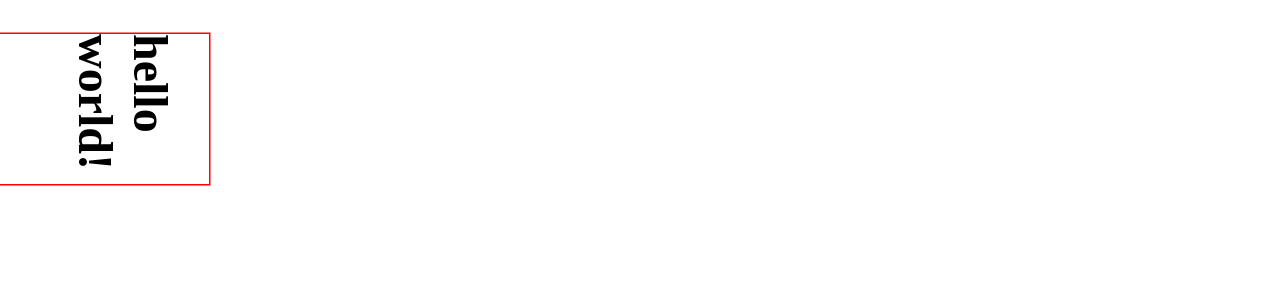
Repository: XiaoSheng-hub/vue_study
Page: css基础/Demo09.html
An editor plug-in stored every save of this project. The page is shown before and after a run of saves, followed by the edit.
The browser window is 1280 px wide. The pictures show the whole page.

Above is the page before, as saved 2022-03-29 13:55:38.

### css基础/Demo09.html
<!DOCTYPE html>
<html lang="en">
<head>
    <meta charset="UTF-8">
    <meta http-equiv="X-UA-Compatible" content="IE=edge">
    <meta name="viewport" content="width=device-width, initial-scale=1.0">
    <title>Demo09</title>
    <style>
        .box{
            width: 100px;
            height: 200px;
            border: 1px solid red;
            /* border-radius: 50px;
            box-shadow: 10px 50px 20px blue; */
            transform: rotate(90deg) scale(1.5);
        }
    </style>
</head>
<body>
    <div class="box">
        <h1>hello world!</h1>
    </div>
</body>
</html>

After the next 3 saves:
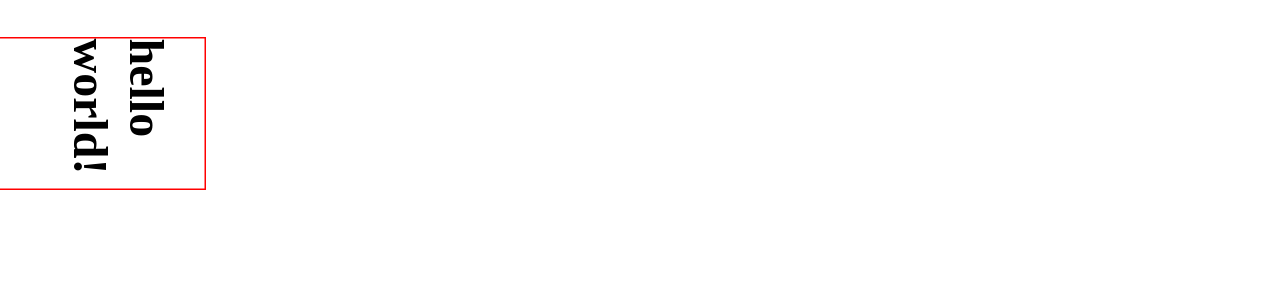
The 3 saves are shown as one change because they came seconds apart.
The last was saved 9 s later.
--- a/css基础/Demo09.html
+++ b/css基础/Demo09.html
@@ -12,7 +12,7 @@
             border: 1px solid red;
             /* border-radius: 50px;
             box-shadow: 10px 50px 20px blue; */
-            transform: rotate(90deg) scale(1.5);
+            transform: rotate(90deg) scale(1.5) translate(3px,3px);
         }
     </style>
 </head>
